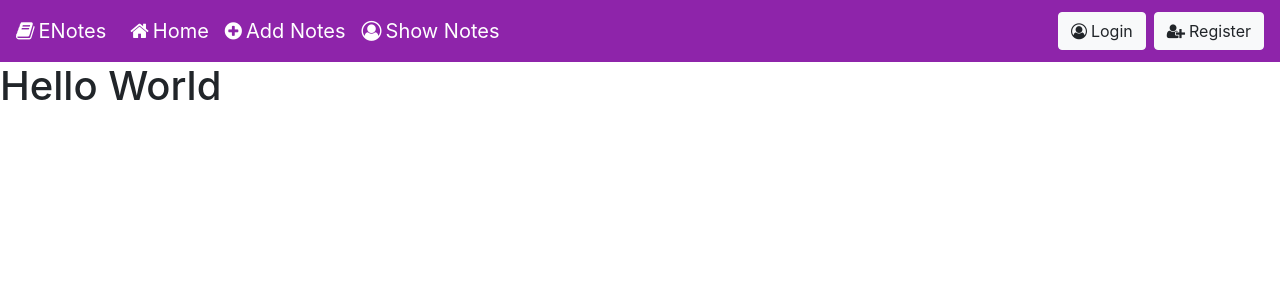
Repository: Bansal140899/eclipse-workspace
Page: http://localhost/ENotesProject/
An editor plug-in stored every save of this project. The page is shown before and after the next save, followed by the edit.
The browser window is 1280 px wide. The pictures show the whole page.
The page is served by Tomcat 9. Other server files are loaded and not shown.

Above is the page before, as saved 2025-12-21 06:18:43.

### ENotesProject/src/main/webapp/index.jsp
<%@ page language="java" contentType="text/html; charset=UTF-8"
    pageEncoding="UTF-8"%>
<!DOCTYPE html PUBLIC "-//W3C//DTD HTML 4.01 Transitional//EN" "http://www.w3.org/TR/html4/loose.dtd">
<html>
<head>
<meta http-equiv="Content-Type" content="text/html; charset=UTF-8">
<title>Home Page</title>
 <%@include file = "All_Component/allcss.jsp" %>
</head>
<body>
<%@include file="All_Component/navbar.jsp" %>
 <h1>Hello World </h1>
</body>
</html>

### ENotesProject/src/main/webapp/All_Component/allcss.jsp
<link rel="stylesheet"
	href="https://cdn.jsdelivr.net/npm/bootstrap@4.6.2/dist/css/bootstrap.min.css"
	integrity="sha384-xOolHFLEh07PJGoPkLv1IbcEPTNtaed2xpHsD9ESMhqIYd0nLMwNLD69Npy4HI+N"
	crossorigin="anonymous">

<link rel="stylesheet"
	href="https://cdnjs.cloudflare.com/ajax/libs/font-awesome/4.7.0/css/font-awesome.min.css">
<link rel="stylesheet" href="css/style.css">

<script
	src="https://cdn.jsdelivr.net/npm/jquery@3.5.1/dist/jquery.slim.min.js"
	integrity="sha384-DfXdz2htPH0lsSSs5nCTpuj/zy4C+OGpamoFVy38MVBnE+IbbVYUew+OrCXaRkfj"
	crossorigin="anonymous"></script>
<script
	src="https://cdn.jsdelivr.net/npm/popper.js@1.16.1/dist/umd/popper.min.js"
	integrity="sha384-9/reFTGAW83EW2RDu2S0VKaIzap3H66lZH81PoYlFhbGU+6BZp6G7niu735Sk7lN"
	crossorigin="anonymous"></script>
<script
	src="https://cdn.jsdelivr.net/npm/bootstrap@4.6.2/dist/js/bootstrap.min.js"
	integrity="sha384-+sLIOodYLS7CIrQpBjl+C7nPvqq+FbNUBDunl/OZv93DB7Ln/533i8e/mZXLi/P+"
	crossorigin="anonymous"></script>

### ENotesProject/src/main/webapp/All_Component/navbar.jsp
<nav class="navbar navbar-expand-lg navbar-dark bg-custom navbar-custom">
  <a class="navbar-brand" href="#"><i class="fa fa-book mr-1" aria-hidden="true"></i>ENotes</a>
  <button class="navbar-toggler" type="button" data-toggle="collapse" data-target="#navbarSupportedContent" aria-controls="navbarSupportedContent" aria-expanded="false" aria-label="Toggle navigation">
    <span class="navbar-toggler-icon"></span>
  </button>

  <div class="collapse navbar-collapse" id="navbarSupportedContent">
    <ul class="navbar-nav mr-auto">
      <li class="nav-item active">
        <a class="nav-link" href="#"><i class="fa fa-home mr-1" aria-hidden="true"></i>Home <span class="sr-only">(current)</span></a>
      </li>
      <li class="nav-item">
        <a class="nav-link" href="#"><i class="fa fa-plus-circle mr-1" aria-hidden="true"></i>Add Notes</a>
      </li>

      <li class="nav-item">
        <a class="nav-link"><i class="fa fa-user-circle-o mr-1" aria-hidden="true"></i>Show Notes</a>
      </li>
    </ul>

      <button class="btn btn-light my-2 my-sm-0 mr-2" type="submit"><i class="fa fa-user-circle-o mr-1" aria-hidden="true"></i>Login</a>
      <button class="btn btn-light my-2 my-sm-0" type="submit"><i class="fa fa-user-plus mr-1" aria-hidden="true"></i>Register</a>

  </div>
</nav>

### ENotesProject/src/main/webapp/css/style.css
.bg-custom{
	background:#8e24aa;
}
.navbar .nav-item .nav-link{
	font-size:20px;
	color:white;
}

.navbar-custom .nav-item:hover .nav-link{
	background:white;
	color:black;
    border-radius:10px;
}

After the next save:
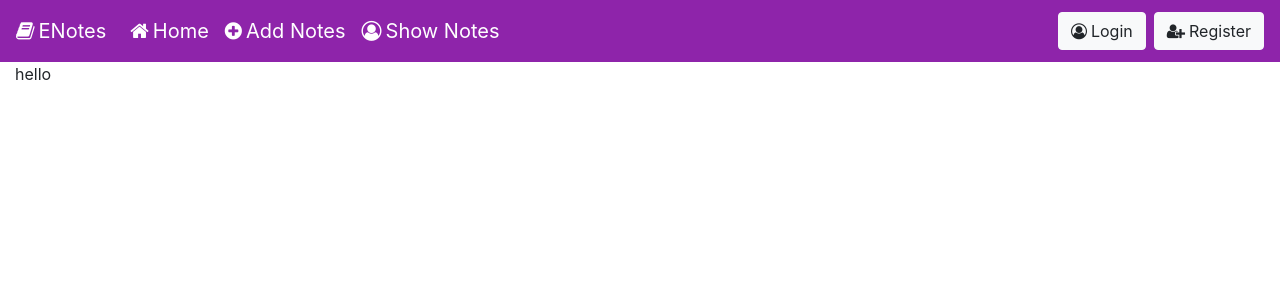
Saved 14 h 52 min later.
--- a/ENotesProject/src/main/webapp/index.jsp
+++ b/ENotesProject/src/main/webapp/index.jsp
@@ -9,6 +9,6 @@
 </head>
 <body>
 <%@include file="All_Component/navbar.jsp" %>
- <h1>Hello World </h1>
+ <div class = "container-fluid back-img">hello</div>
 </body>
 </html>
